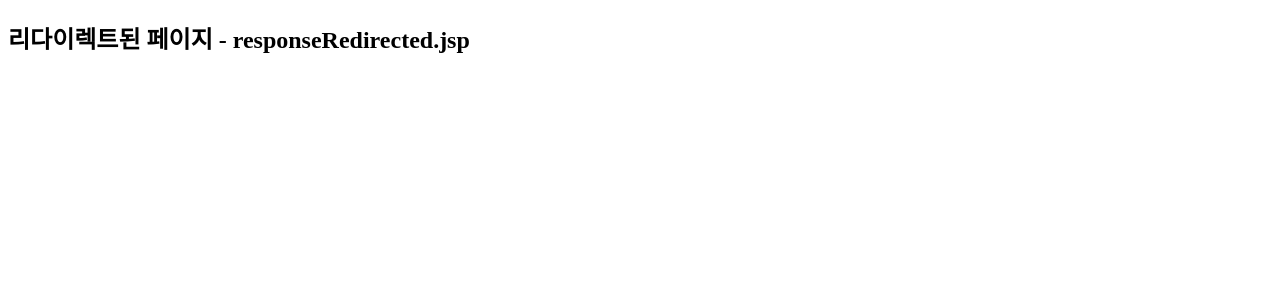
Repository: matodale/StudyJSP
Page: http://localhost/StudyJSP/ch07/responseRedirected.jsp
The author's editor kept a copy of each file at every save. The page is drawn from the files as they stood at one save, then again after the next save.
The browser window is 1280 px wide. The pictures show the whole page.
The page is served by Tomcat 9.

Above is the page before, as saved 2022-12-21 09:32:08.

After the next save:
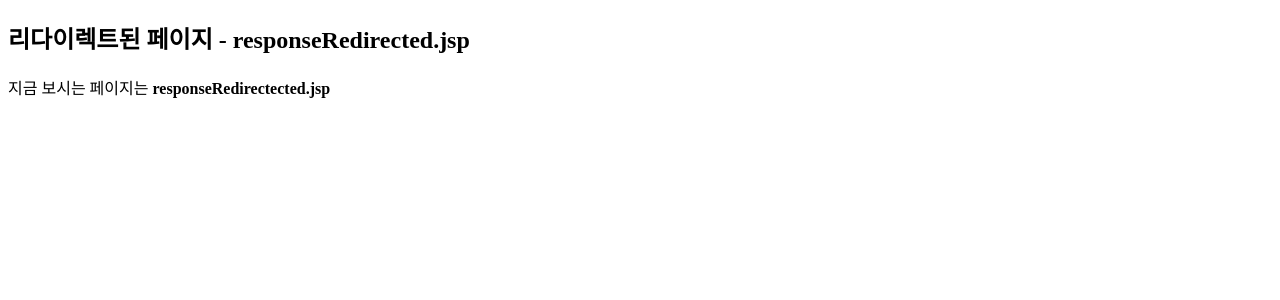
Saved 33 s later.
--- a/StudyJSP/src/main/webapp/ch07/responseRedirected.jsp
+++ b/StudyJSP/src/main/webapp/ch07/responseRedirected.jsp
@@ -8,5 +8,6 @@
 </head>
 <body>
 <h2>리다이렉트된 페이지 - responseRedirected.jsp</h2>
+지금 보시는 페이지는 <b>responseRedirectected.jsp</b>
 </body>
 </html>
